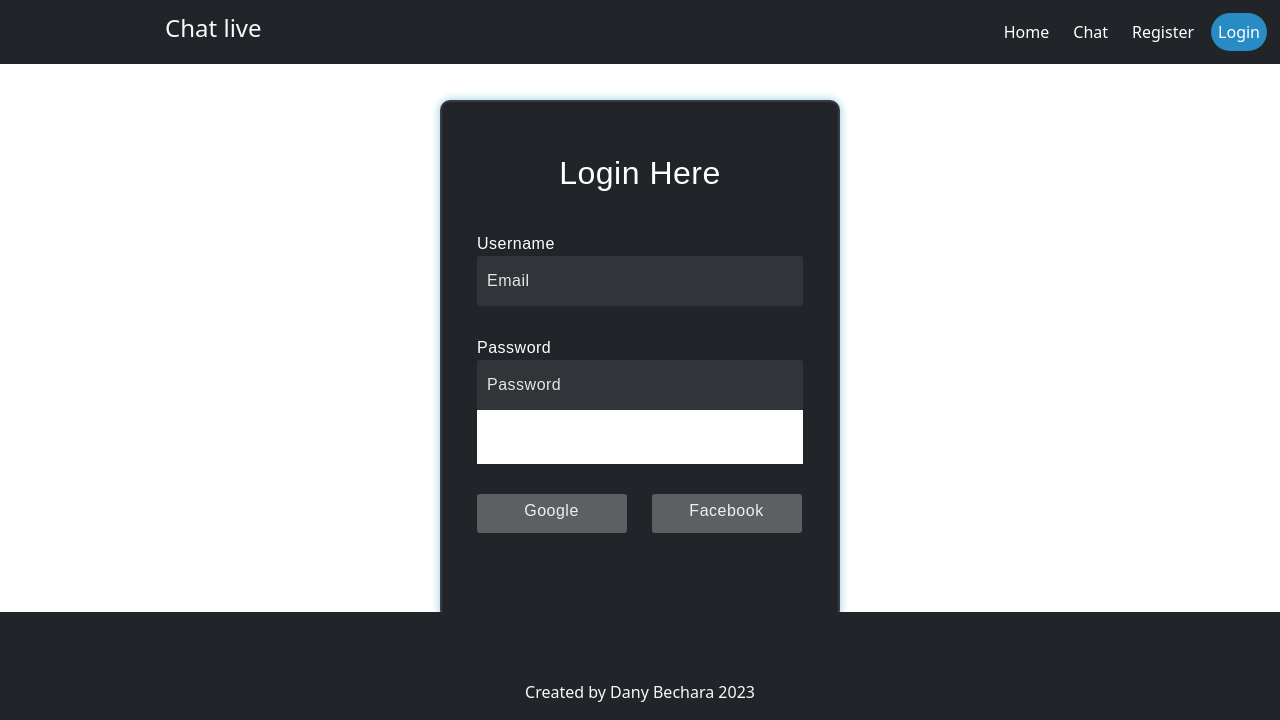
Repository: bechara611/chatv2
Page: /login
The author's editor kept a copy of each file at every save. The page is drawn from the files as they stood at one save, then again after the next save.
The browser window is 1280 px wide. The pictures show the whole page.
The project was rebuilt for these pictures with package versions that can differ from the ones it lists, and the page was loaded fresh each time. Also part of the build but not shown: src/index.css, src/auth/components/register.jsx, src/ui/components/Home.jsx.

Above is the page before, as saved 2023-03-03 10:14:31.

After the next save:
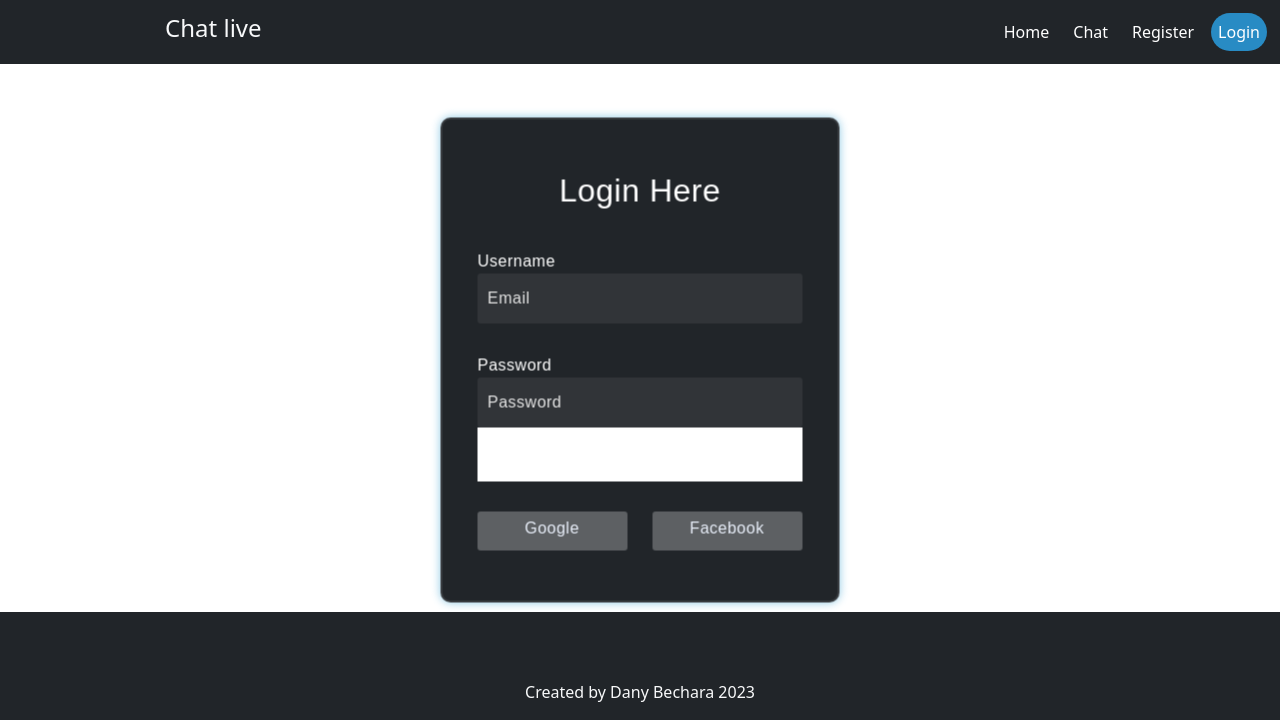
Saved 20 s later.
--- a/src/auth/components/login.css
+++ b/src/auth/components/login.css
@@ -9,8 +9,7 @@
 
 
   .formularioLoginRegister{
-    height: 520px;
-    width: 400px;
+
     background-color: rgb(29, 29, 29,.6);
     position: absolute;
     transform: translate(-50%,-50%);
